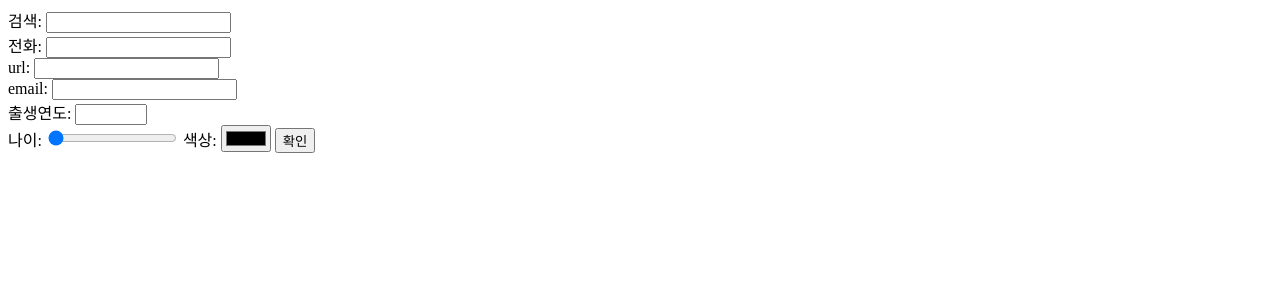
Repository: MegiLove/html_css
Page: day1130/src/main/webapp/enhancedTag.html
An editor plug-in stored every save of this project. The page is shown before and after the next save, followed by the edit.
The browser window is 1280 px wide. The pictures show the whole page.

Above is the page before, as saved 2021-11-30 06:35:43.

After the next save:
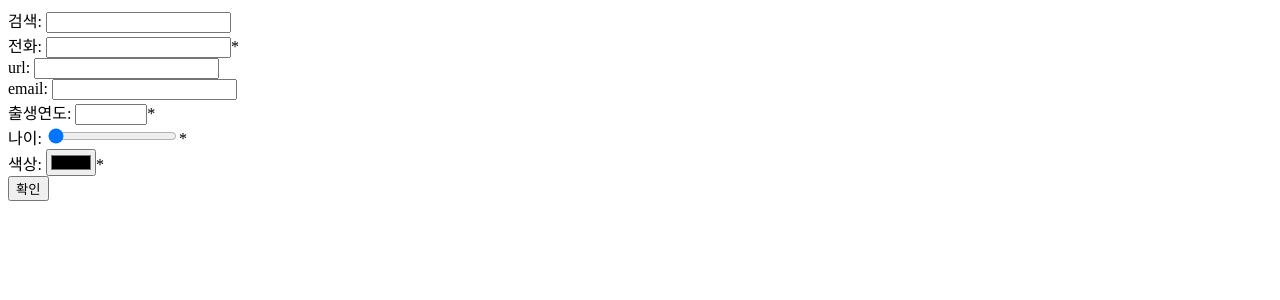
Saved 42 s later.
--- a/day1130/src/main/webapp/enhancedTag.html
+++ b/day1130/src/main/webapp/enhancedTag.html
@@ -7,13 +7,13 @@
 <body>
 	<form action="enhancedTag.jsp" method="post">
 		검색: <input type="search" name="keyword"><br>
-		전화: <input type="tel" name="tel" required="required"><br>
+		전화: <input type="tel" name="tel" required="required">*<br>
 		url: <input type="url" name="url"><br>
 		email: <input type="email" name="email"><br>
-		출생연도: <input required="required" type="number" name="year" min="1900" max="2021"><br>
-		나이: <input required="required" type="range" name="age" min="20" max="100" value="20">
-		색상: <input required="required" type="color" name="color">
-		<input type="submit" value="확인">
+		출생연도: <input required="required" type="number" name="year" min="1900" max="2021">*<br>
+		나이: <input required="required" type="range" name="age" min="20" max="100" value="20">*<br>
+		색상: <input required="required" type="color" name="color">*<br>
+		<input type="submit" value="확인"><br>
 	</form>
 </body>
 </html>
